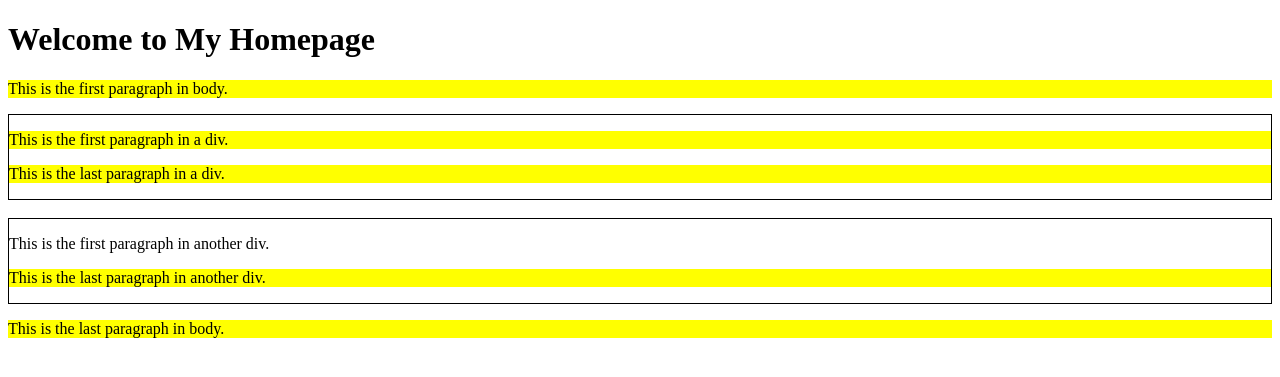
Repository: sudheerj/jQuery
Page: jQueryExamples/chapter03/Filtering.html
These files come from the project's save history. The page is drawn as it stood at one moment and after the next save; the edit follows.
The browser window is 1280 px wide. The pictures show the whole page.

Above is the page before, as saved 2016-10-21 03:48:31.

### jQueryExamples/chapter03/Filtering.html
<!DOCTYPE html>
<head>
	<title>jQuery Descendants</title>
	<script type="text/javascript" src="..\jquery\jquery-3.1.1.min.js"></script>

	<script>
		$(document).ready(function() {
			$("div p").first().css("background-color", "yellow");
			$("div p").last().css("background-color", "yellow");
			$("p").eq(1).css("background-color", "yellow");
			$("p").not(".intro").css("background-color", "yellow");
		});
	</script>
</head>
<body>

	<h1>Welcome to My Homepage</h1>

	<p>
		This is the first paragraph in body.
	</p>

	<div style="border: 1px solid black;">
		<p>
			This is the first paragraph in a div.
		</p>
		<p>
			This is the last paragraph in a div.
		</p>
	</div>
	<br>

	<div style="border: 1px solid black;">
		<p class="intro">
			This is the first paragraph in another div.
		</p>
		<p class="intro">
			This is the last paragraph in another div.
		</p>
	</div>

	<p>
		This is the last paragraph in body.
	</p>
</body>
</html>

Loaded but not shown: jQueryExamples/jquery/jquery-3.1.1.min.js (library)

After the next save:
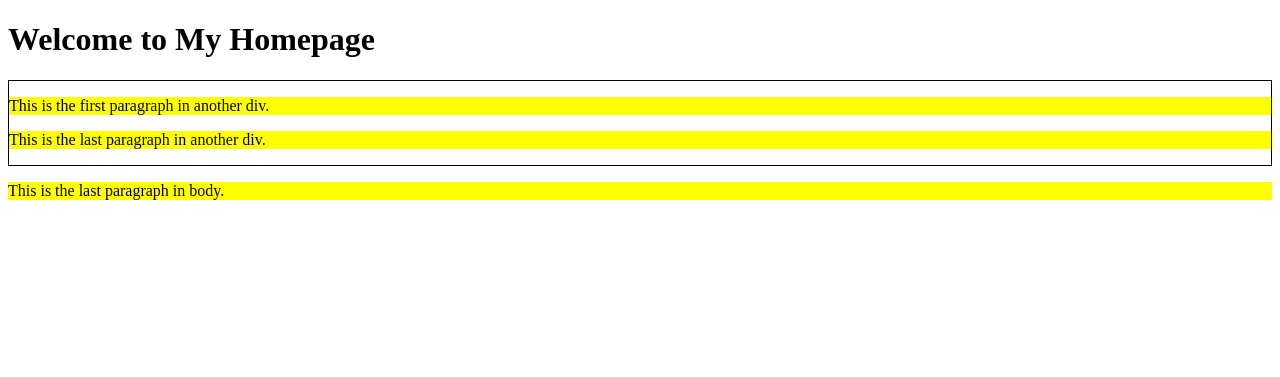
Saved 21 s later.
--- a/jQueryExamples/chapter03/Filtering.html
+++ b/jQueryExamples/chapter03/Filtering.html
@@ -16,19 +16,6 @@
 
 	<h1>Welcome to My Homepage</h1>
 
-	<p>
-		This is the first paragraph in body.
-	</p>
-
-	<div style="border: 1px solid black;">
-		<p>
-			This is the first paragraph in a div.
-		</p>
-		<p>
-			This is the last paragraph in a div.
-		</p>
-	</div>
-	<br>
 
 	<div style="border: 1px solid black;">
 		<p class="intro">
